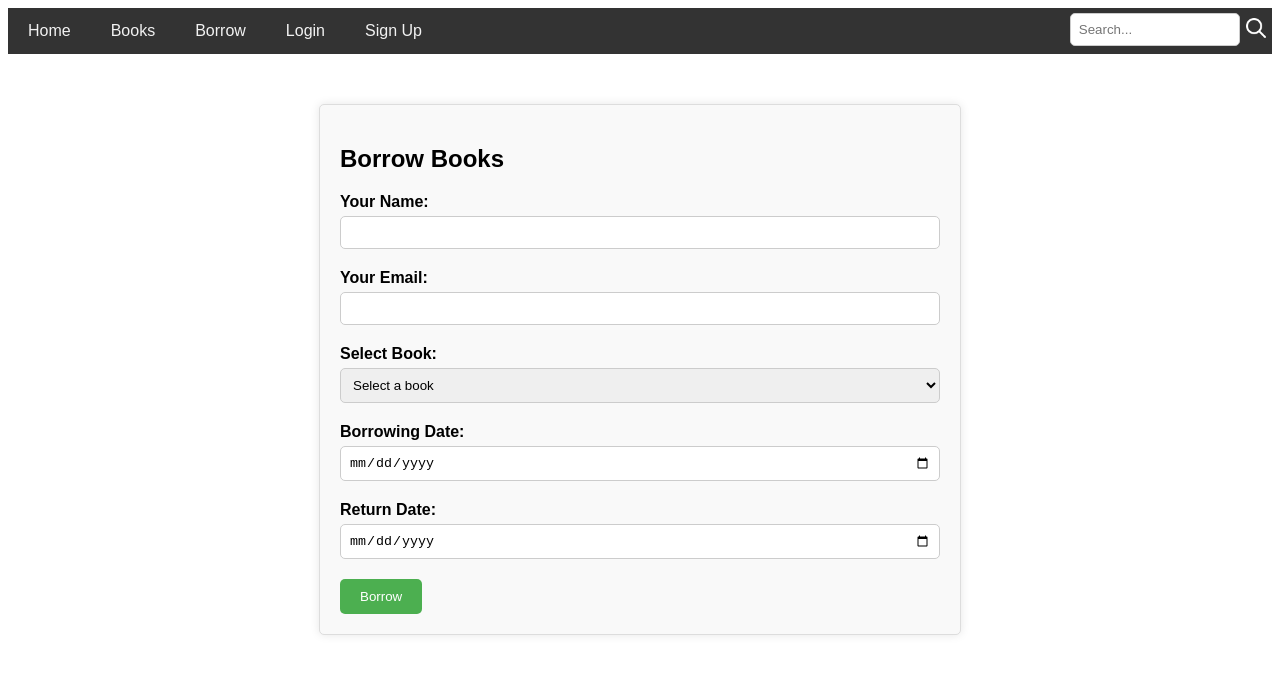
Repository: fadyesk12/Web-Technology-Course-Project
Page: borrow.html
These files come from the project's save history. The page is drawn as it stood at one moment and after the next save; the edit follows.
The browser window is 1280 px wide. The pictures show the whole page.

Above is the page before, as saved 2024-04-19 02:32:04.

### borrow.html
<!DOCTYPE html>
<html lang="en">
<head>
<meta charset="UTF-8">
<meta name="viewport" content="width=device-width, initial-scale=1.0">
<title>Borrow Books</title>
<link rel="stylesheet" href="./Styling/borrow.css">
</head>
<body>
  <div id="navbar">
    <a href="./index.html">Home</a>
    <a href="./book_list.html">Books</a>
    <a href="./borrow.html">Borrow</a>
    <a href="./auth/login.html">Login</a>
    <a href="./auth/signup.html">Sign Up</a>
    <div class ="search">
      <form action="" method="get">
        <input type="text" placeholder="Search...">
        <button type="submit"><img src="./PICS/search.png"></button>
      </form>
    </div>
</div>

<div class="container">
  <h2>Borrow Books</h2>
  <form action="#" method="post">
    <div class="form-group">
      <label for="name">Your Name:</label>
      <input type="text" id="name" name="name" required>
    </div>
    <div class="form-group">
      <label for="email">Your Email:</label>
      <input type="email" id="email" name="email" required>
    </div>
    <div class="form-group">
      <label for="book">Select Book:</label>
      <select id="book" name="book" required>
        <option value="">Select a book</option>
        <option value="book1">Book 1</option>
        <option value="book2">Book 2</option>
        <option value="book3">Book 3</option>
        <!-- Add more books as needed -->
      </select>
    </div>
    <div class="form-group">
      <label for="borrow-date">Borrowing Date:</label>
      <input type="date" id="borrow-date" name="borrow-date" required>
    </div>
    <div class="form-group">
      <label for="return-date">Return Date:</label>
      <input type="date" id="return-date" name="return-date" required>
    </div>
    <input type="submit" value="Borrow">
  </form>
</div>

</body>
</html>

### Styling/borrow.css
#navbar {
    overflow: hidden;
    background-color: #333;
}
#navbar a {
    float: left;
    display: block;
    color: #f2f2f2;
    text-align: center;
    padding: 14px 20px;
    text-decoration: none;
   }
#navbar a:hover {
    background-color: #ddd;
    color: black;
   }
 body {
   font-family: Arial, sans-serif;
 }

 .container {
   max-width: 600px;
   margin: 50px auto;
   padding: 20px;
   border: 1px solid #ddd;
   border-radius: 5px;
   background-color: #f9f9f9;
   box-shadow: 0 0 10px rgba(0, 0, 0, 0.1);
 }

 .form-group {
   margin-bottom: 20px;
 }

 label {
   display: block;
   font-weight: bold;
   margin-bottom: 5px;
 }

 input[type="text"],
 input[type="email"],
 select,
 input[type="date"] {
   width: 100%;
   padding: 8px;
   border: 1px solid #ccc;
   border-radius: 5px;
   box-sizing: border-box;
 }

 input[type="submit"] {
   background-color: #4CAF50;
   color: white;
   padding: 10px 20px;
   border: none;
   border-radius: 5px;
   cursor: pointer;
 }

 input[type="submit"]:hover {
   background-color: #45a049;
 }

 .search{
 margin-top: 5px;
 float:right;
 }

.search input{
 width:75%;
 }

.search img{
 width: 20px;
 }

.search button{
 background-color: #333;
 border: 0;
 }

 .search form{
     display: flex;
     align-items: center;
     justify-content: right;
   }

After the next save:
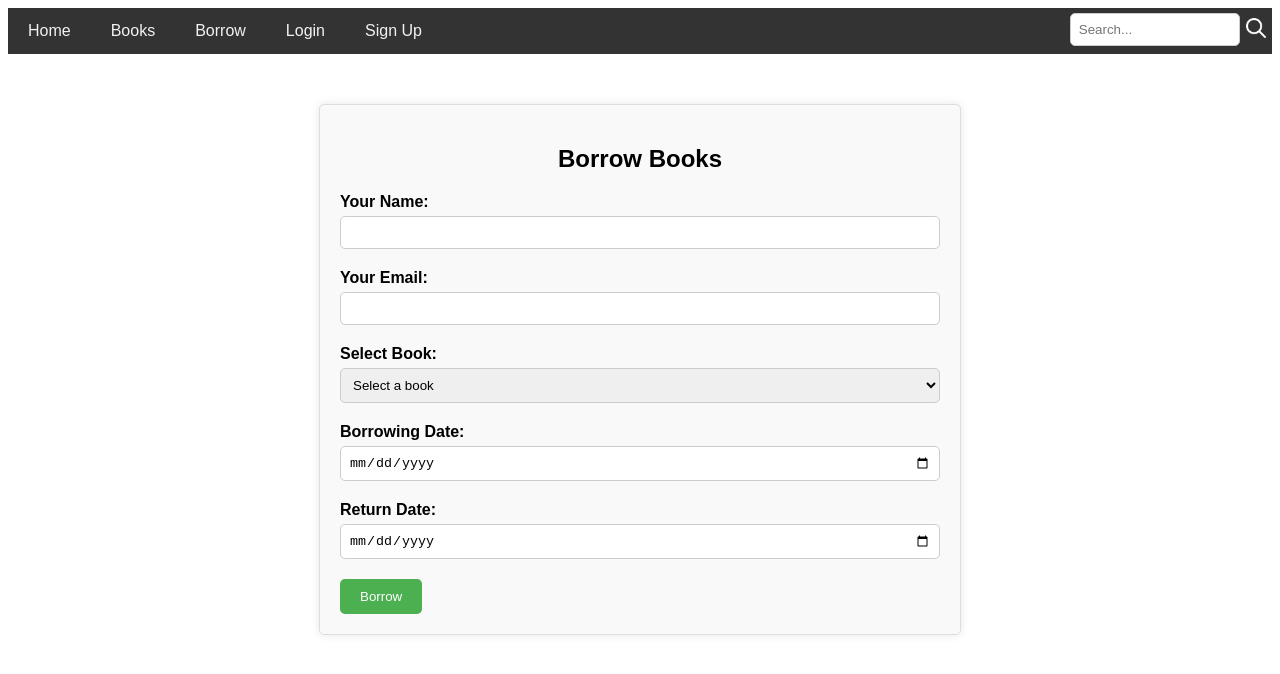
Saved 24 s later.
--- a/Styling/borrow.css
+++ b/Styling/borrow.css
@@ -37,6 +37,10 @@
    font-weight: bold;
    margin-bottom: 5px;
  }
+
+ h1, h2 {
+    text-align: center;
+  }
 
  input[type="text"],
  input[type="email"],
